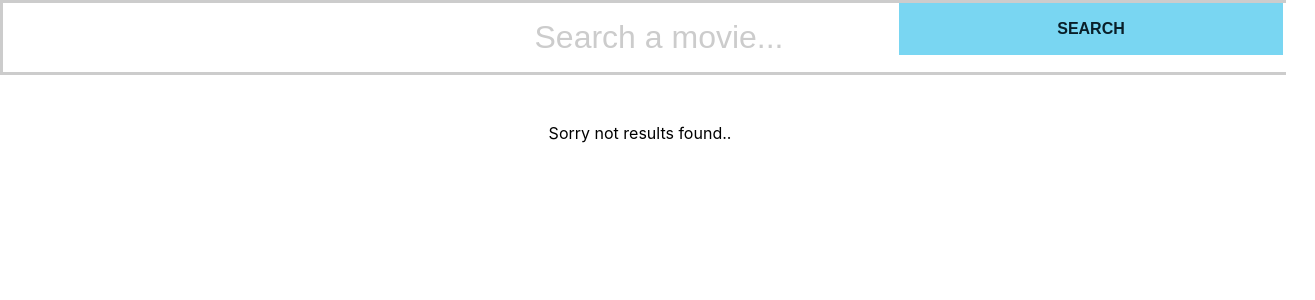
Repository: jijo78/movie-tvshows-list
Page: /
The author's editor kept a copy of each file at every save. The page is drawn from the files as they stood at one save, then again after the next save.
The browser window is 1280 px wide. The page is 1315 px wide, so the pictures cover 1315 px, including what lies to the right of the window. The pictures show the whole page.
The page's requests for data from a server got no answer. The project was rebuilt for these pictures with package versions that can differ from the ones it lists, and the page was loaded fresh each time. No one was signed in, and anything a server would have sent is missing. Also part of the build but not shown: src/MediaRatio.tsx.

Above is the page before, as saved 2020-11-25 17:48:30.

After the next save:
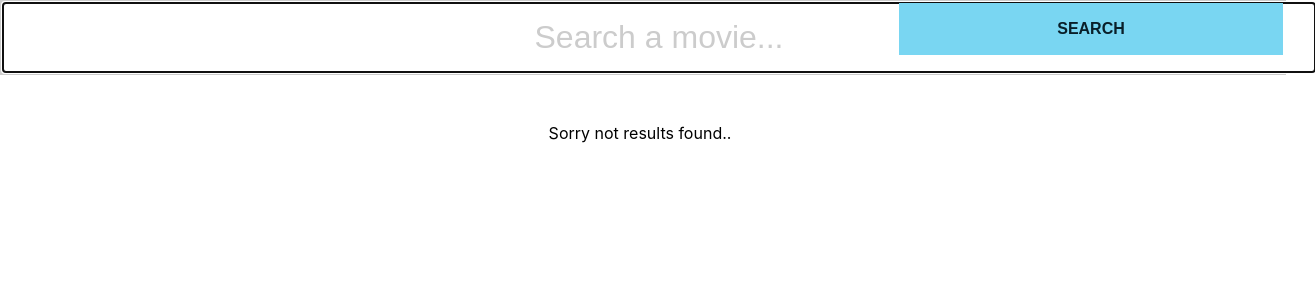
Saved 59 s later.
--- a/src/QuickSearch.tsx
+++ b/src/QuickSearch.tsx
@@ -1,4 +1,4 @@
-import React, { FC } from 'react'
+import React, { FC, useEffect } from 'react'
 
 import styled from 'styled-components'
 
@@ -79,9 +79,11 @@
 const QuickSearch: FC<Props> = ({ onSubmit, onClick, placeholder }) => {
   const inputRef = React.createRef<HTMLDivElement>()
 
-  if (inputRef.current) {
-    inputRef.current.focus()
-  }
+  useEffect(() => {
+    if (inputRef.current) {
+      inputRef.current.focus()
+    }
+  }, [])
   console.log('inputRef: ')
   return (
     <Search>

After the 2 saves that followed:
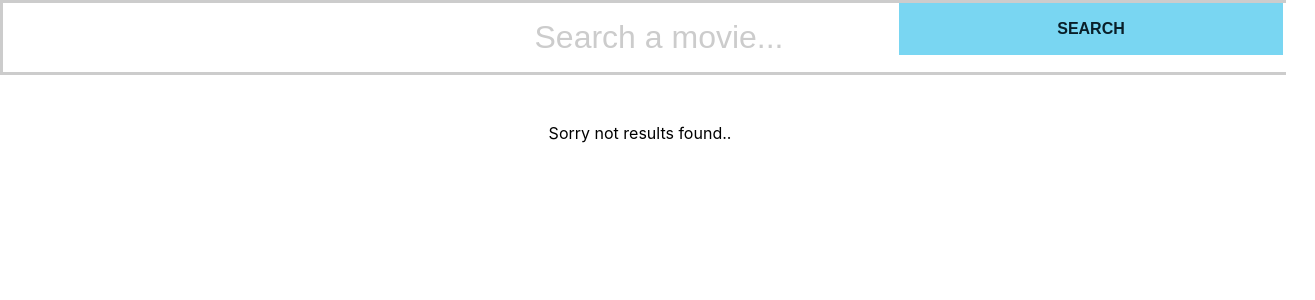
The 2 saves are shown as one change because 1 left the picture as it was.
The last was saved 99 s later.
--- a/src/QuickSearch.tsx
+++ b/src/QuickSearch.tsx
@@ -80,8 +80,9 @@
   const inputRef = React.createRef<HTMLDivElement>()
 
   useEffect(() => {
+    console.log('inputRef: ', inputRef)
     if (inputRef.current) {
-      inputRef.current.focus()
+      inputRef.current.focus
     }
   }, [])
   console.log('inputRef: ')
